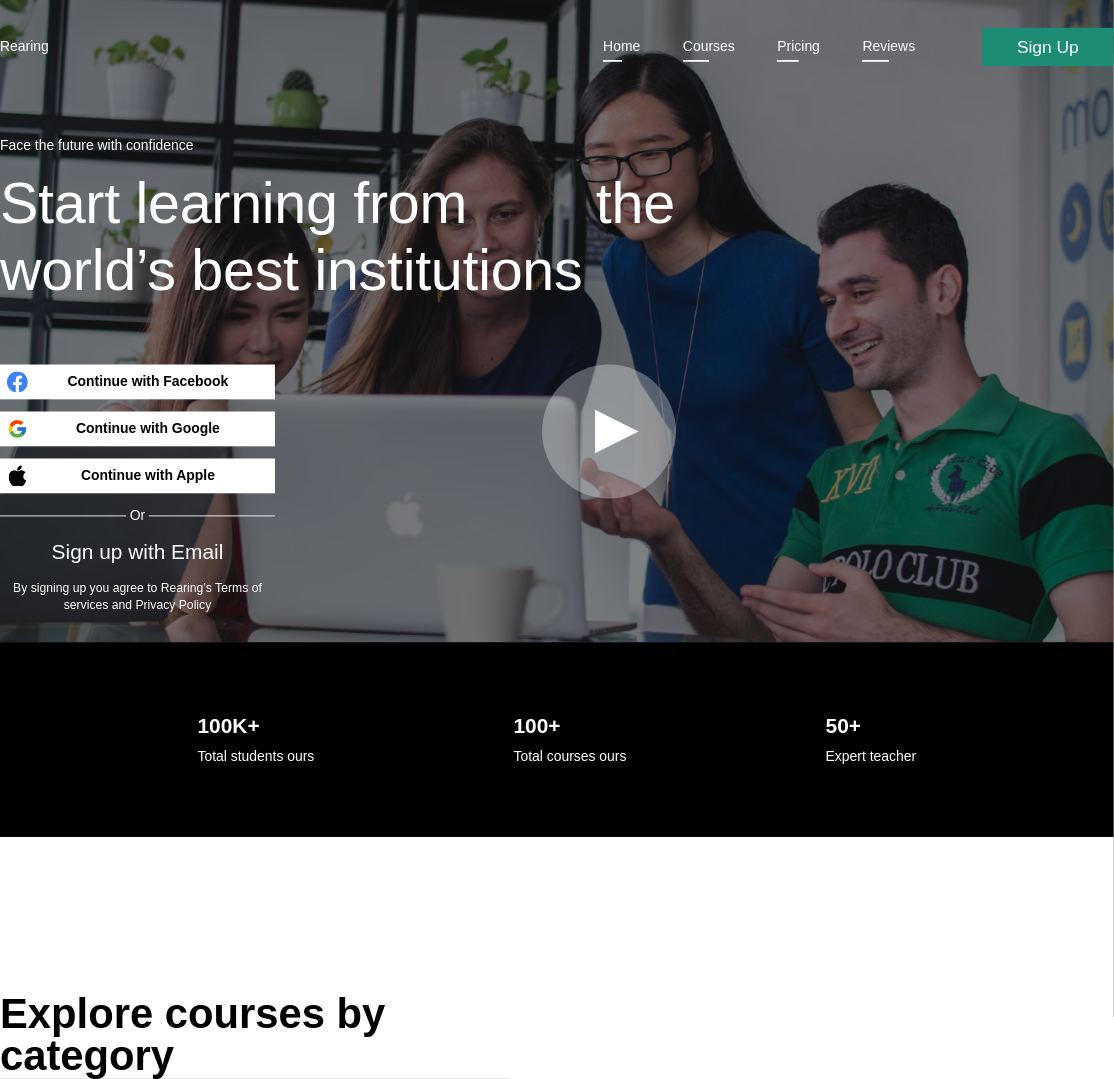
Repository: vandangnhathung/educationplatform
Page: /
These files come from the project's save history. The page is drawn as it stood at one moment and after the next save; the edit follows.
The browser window is 1280 px wide. The pictures show the whole page, at 87% of full size.
The project was rebuilt for these pictures with package versions that can differ from the ones it lists, and the page was loaded fresh each time.

Above is the page before, as saved 2022-06-21 09:03:13.

### src/index.js
import React from "react";
import ReactDOM from "react-dom/client";
import App from "./App";
import reportWebVitals from "./reportWebVitals";
import "./index.css";
const root = ReactDOM.createRoot(document.getElementById("root"));
root.render(
  <React.StrictMode>
    <App />
  </React.StrictMode>
);

// If you want to start measuring performance in your app, pass a function
// to log results (for example: reportWebVitals(console.log))
// or send to an analytics endpoint. Learn more: https://bit.ly/CRA-vitals
reportWebVitals();

### src/App.js
import Category from "./components/category/Category";
import Content from "./components/content/Content";
import HeaderLayout from "./components/header/HeaderLayout";
function App() {
  return (
    <>
      <HeaderLayout></HeaderLayout>
      <Content></Content>
    </>
  );
}

export default App;

### src/index.css
@tailwind base;
@tailwind components;
@tailwind utilities;
@import url("https://fonts.googleapis.com/css2?family=Urbanist:wght@100;200;300;400;500;600;700;800&display=swap");
*,
*::before,
*::after {
  box-sizing: border-box;
}
* {
  margin: 0;
  padding: 0;
}

html,
body {
  height: 100%;
}
body {
  line-height: 1.5;
  font-family: "Urbanist", sans-serif;
}

img,
picture,
video,
canvas,
svg {
  display: block;
  max-width: 100%;
}
input,
button,
textarea,
select {
  font: inherit;
  outline: none;
}
p,
h1,
h2,
h3,
h4,
h5,
h6 {
  overflow-wrap: break-word;
}

.container {
  max-width: 1280px;
  margin: 0 auto;
  width: 100%;
}

.active {
  position: relative;
}

.active::before {
  content: "";
  display: block;
  position: absolute;
  bottom: -5px;
  width: 50%;
  padding: 1px;
  left: 0;
  background-color: #fff;
}

### src/components/category/Category.js
import React from "react";

const Category = () => {
  return (
    <div className="container pt-[180px]">
      <div className="flex flex-col gap-x-[55px]">
        <div className="flex items-center justify-between max-w-[970px]">
          <h2 className="text-5xl font-bold max-w-[468px]">
            Explore courses by category
          </h2>
        </div>
      </div>
    </div>
  );
};

export default Category;

### src/components/content/Content.js
import React from "react";
import Category from "../category/Category";

const Content = () => {
  return (
    <div>
      <Category></Category>
    </div>
  );
};

export default Content;

### src/components/header/HeaderLayout.js
import React from "react";
import Header from "./Header";
import HeaderStatistic from "./HeaderStatistic";

const HeaderLayout = () => {
  return (
    <div>
      <Header></Header>
      <HeaderStatistic></HeaderStatistic>
    </div>
  );
};

export default HeaderLayout;

### src/components/header/Header.js
import React, { useEffect } from "react";
import headerImg from "../../images/Images.png";
import SignInSocial from "../button/SignInSocial";
import { FcGoogle } from "react-icons/fc";
import { BsApple } from "react-icons/bs";
import styled from "styled-components";

const HeaderStyles = styled.header`
  .text-or {
    color: white;
    position: relative;
    &:before {
      content: "";
      height: 1px;
      width: calc(50% - 13px);
      background-color: white;
      position: absolute;
      top: 50%;
      transform: translateY(-50%);
      right: 0;
    }
    &:after {
      content: "";
      height: 1px;
      width: calc(50% - 13px);
      background-color: white;
      position: absolute;
      top: 50%;
      transform: translateY(-50%);
      left: 0;
    }
  }
`;
const Header = () => {
  const headerNav = [
    {
      id: 1,
      title: "Home",
    },
    {
      id: 2,
      title: "Courses",
    },
    {
      id: 3,
      title: "Pricing",
    },
    {
      id: 4,
      title: "Reviews",
    },
  ];
  return (
    <HeaderStyles>
      <div className="relative">
        <img src={headerImg} alt="header_img" className="w-full" />
        <div className="absolute inset-0 bg-black opacity-50"></div>
        <div class="absolute top-0  left-0 right-0 ">
          <div class="container">
            <div className="pt-8 mb-[79px] header-top text-white flex items-center justify-between">
              <h1 className="">Rearing</h1>
              <div className="flex items-center">
                <nav className="mr-[77px]">
                  <ul className="flex items-center  gap-x-[49px] ">
                    {headerNav.map((item) => (
                      <li className="active cursor-pointer" key={item.id}>
                        {item.title}
                      </li>
                    ))}
                  </ul>
                </nav>
                <button className="py-2 px-10 bg-[#1D8C74] text-white text-xl ">
                  Sign Up
                </button>
              </div>
            </div>

            <div className="slogan text-white mb-[70px]">
              <h3 className="text-base mb-4">
                Face the future with confidence
              </h3>
              <h1 className="desc max-w-[777px] text-[66px] leading-[77px] w-full tracking-[-0.02rem] font-medium">
                Start learning from{" "}
                <span className="inline-block mr-28 "></span>{" "}
                <p className="inline-block">the</p> world’s best institutions
              </h1>
            </div>

            <div class="flex items-start">
              <div className="signup max-w-[316px] text-center mr-[307px]">
                <SignInSocial name="Facebook"></SignInSocial>
                <SignInSocial
                  name="Google"
                  icon={<FcGoogle></FcGoogle>}
                ></SignInSocial>
                <SignInSocial
                  name="Apple"
                  icon={<BsApple style={{ color: "#000" }}></BsApple>}
                ></SignInSocial>
                <p className="text-or mb-[14px] ">Or</p>
                <div class="text-center text-white flex flex-col gap-y-[14px]">
                  <p className="text-2xl">Sign up with Email</p>
                  <p className="text-sm">
                    By signing up you agree to Rearing’s Terms of services and
                    Privacy Policy{" "}
                  </p>
                </div>
              </div>
              <div className="play cursor-pointer">
                <div className="w-[154px] h-[154px] rounded-full bg-[#fff]/[0.3] hover:bg-[#ccc]/[1] transition-all duration-400 ease-linear relative">
                  <div className="play absolute w-[50px] h-[50px] border-[25px] border-x-0 border-transparent border-l-white border-l-[50px] top-1/2 -translate-y-1/2 left-1/2 -translate-x-[32%] hover:rotate-[360deg]  transition-all duration-500"></div>
                </div>
              </div>
            </div>
          </div>
        </div>
      </div>
    </HeaderStyles>
  );
};

export default Header;

### src/components/header/HeaderStatistic.js
import React from "react";

const HeaderStatistic = () => {
  return (
    <div className="header-statistic bg-[#000] p-20">
      <div className="max-w-[826px] mx-auto flex items-center justify-between text-white">
        <div className="header-statistic__info flex flex-col gap-y-2">
          <span className="inline-block text-2xl font-bold">100K+</span>
          <p className="text-base">Total students ours</p>
        </div>
        <div className="header-statistic__info flex flex-col gap-y-2">
          <span className="inline-block text-2xl font-bold">100+</span>
          <p className="text-base">Total courses ours</p>
        </div>
        <div className="header-statistic__info flex flex-col gap-y-2">
          <span className="inline-block text-2xl font-bold">50+</span>
          <p className="text-base">Expert teacher</p>
        </div>
      </div>
    </div>
  );
};

export default HeaderStatistic;

### src/components/button/SignInSocial.js
import React from "react";
import styled from "styled-components";
import { BsFacebook } from "react-icons/bs";

const SignInSocialStyles = styled.div`
  display: flex;
  align-items: center;
  padding: 8px;
  background-color: #fff;
  max-width: 316px;
  width: 100%;
  font-size: 16px;
  font-weight: 600;
  cursor: pointer;
  margin-bottom: 14px;
`;
const SignInSocial = ({ name = "", icon = <BsFacebook></BsFacebook> }) => {
  return (
    <SignInSocialStyles>
      <span className="inline-block text-blue-500 text-2xl">{icon}</span>
      <p className="m-auto">Continue with {name}</p>
    </SignInSocialStyles>
  );
};

export default SignInSocial;

Loaded but not shown: public/index.html (common file); src/reportWebVitals.js (common file); tailwind.config.js (common file)

After the next save:
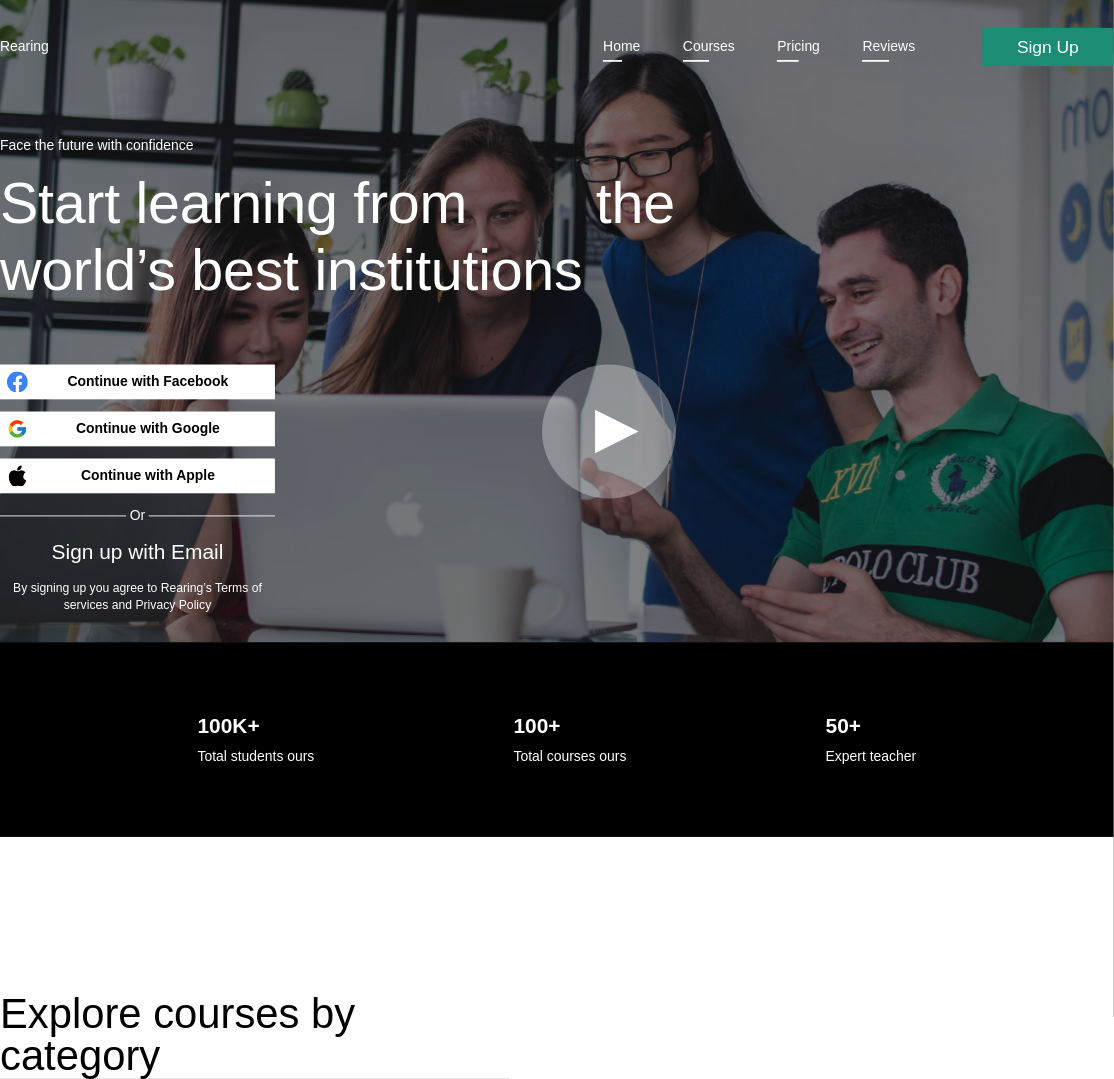
Saved 14 s later.
--- a/src/components/category/Category.js
+++ b/src/components/category/Category.js
@@ -5,7 +5,7 @@ const Category = () => {
     <div className="container pt-[180px]">
       <div className="flex flex-col gap-x-[55px]">
         <div className="flex items-center justify-between max-w-[970px]">
-          <h2 className="text-5xl font-bold max-w-[468px]">
+          <h2 className="text-5xl font-medium max-w-[468px]">
             Explore courses by category
           </h2>
         </div>
